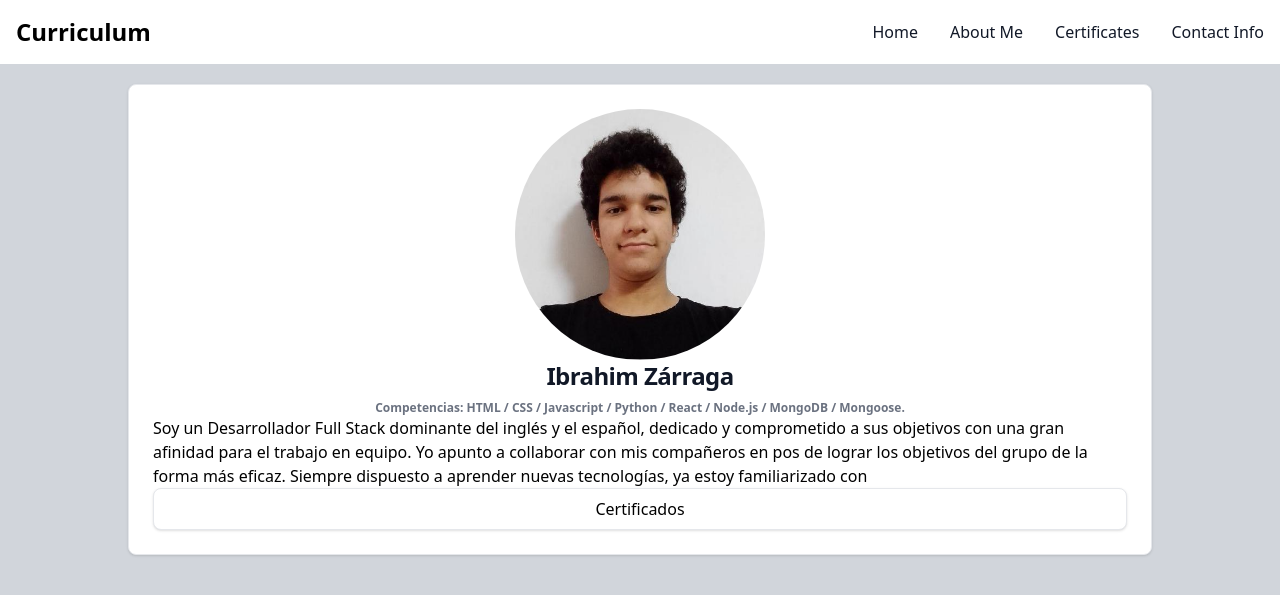
Repository: JetPi/Presentatio-Project
Page: /
The author's editor kept a copy of each file at every save. The page is drawn from the files as they stood at one save, then again after the next save.
The browser window is 1280 px wide. The pictures show the whole page.
The project was rebuilt for these pictures with package versions that can differ from the ones it lists, and the page was loaded fresh each time. The framework's server and built-in components were replaced by stand-ins that run in the browser. Also part of the build but not shown: next.config.js.

Above is the page before, as saved 2023-04-03 15:41:56.

After the next save:
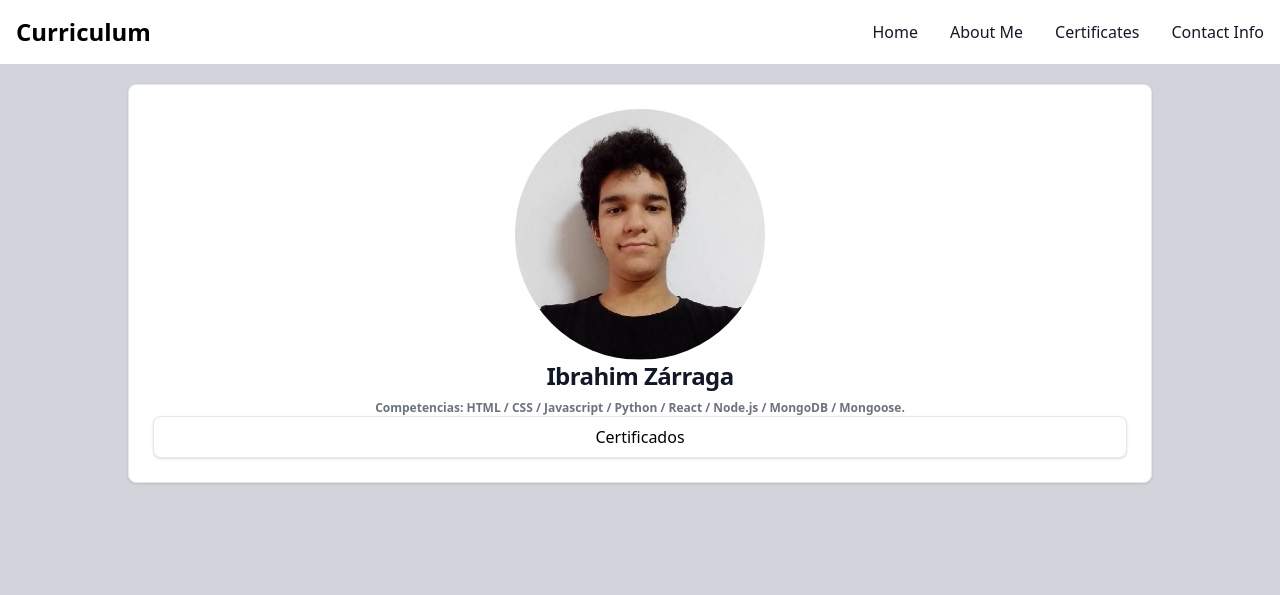
Saved 103 s later.
--- a/src/pages/index.tsx
+++ b/src/pages/index.tsx
@@ -18,6 +18,9 @@
   "MongoDB",
   "Mongoose",
 ];
+
+let myDescription =
+  "Soy un Desarrollador Full Stack dominante del inglés y el español, dedicado y comprometido a sus objetivos con una gran afinidad para el trabajo en equipo. Yo apunto a collaborar con mis compañeros en pos de lograr los objetivos del grupo de la forma más eficaz. Siempre dispuesto a aprender nuevas tecnologías, ya estoy familiarizado con";
 
 function skillFixer(array: Array<string>) {
   for (let i = 0; i < array.length; i++) {
@@ -61,14 +64,7 @@
           <div className="mx-auto text-xs font-semibold text-gray-500">
             Competencias: {skillFixer(mySkills)}
           </div>
-          <div>
-            Soy un Desarrollador Full Stack dominante del inglés y el español,
-            dedicado y comprometido a sus objetivos con una gran afinidad para
-            el trabajo en equipo. Yo apunto a collaborar con mis compañeros en
-            pos de lograr los objetivos del grupo de la forma más eficaz.
-            Siempre dispuesto a aprender nuevas tecnologías, ya estoy
-            familiarizado con
-          </div>
+          <div></div>
           <CardButton href={url} styling="w-auto p-2 ">
             Certificados
           </CardButton>

After the save that followed:
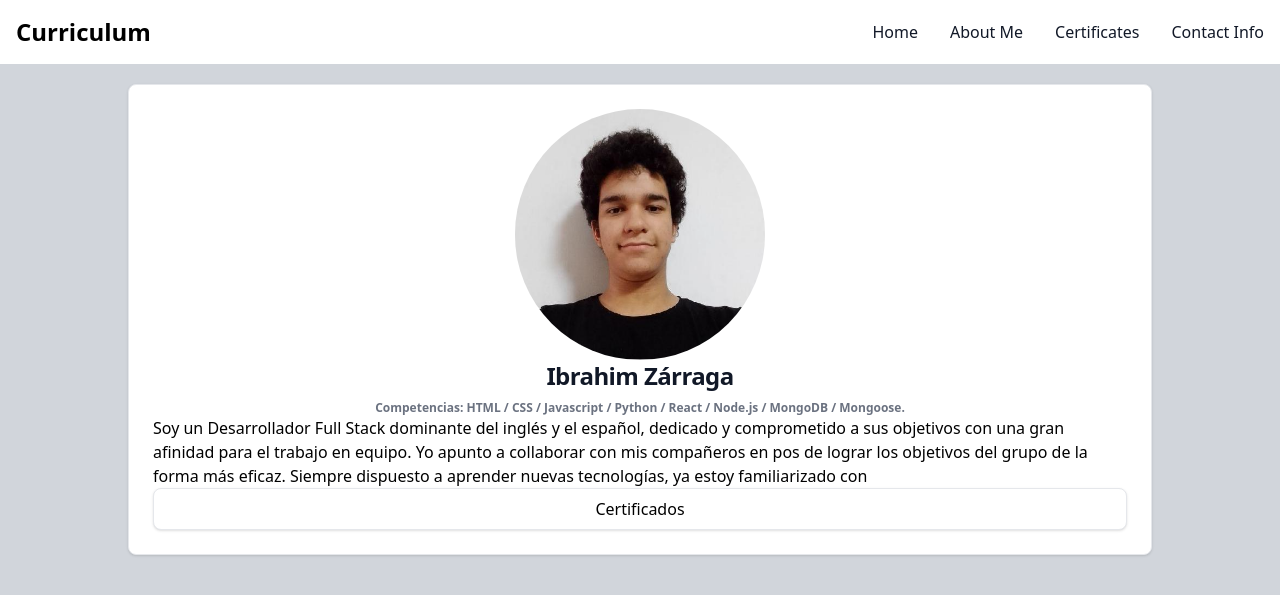
Saved 14 s later.
--- a/src/pages/index.tsx
+++ b/src/pages/index.tsx
@@ -64,7 +64,7 @@
           <div className="mx-auto text-xs font-semibold text-gray-500">
             Competencias: {skillFixer(mySkills)}
           </div>
-          <div></div>
+          <div>{myDescription}</div>
           <CardButton href={url} styling="w-auto p-2 ">
             Certificados
           </CardButton>
